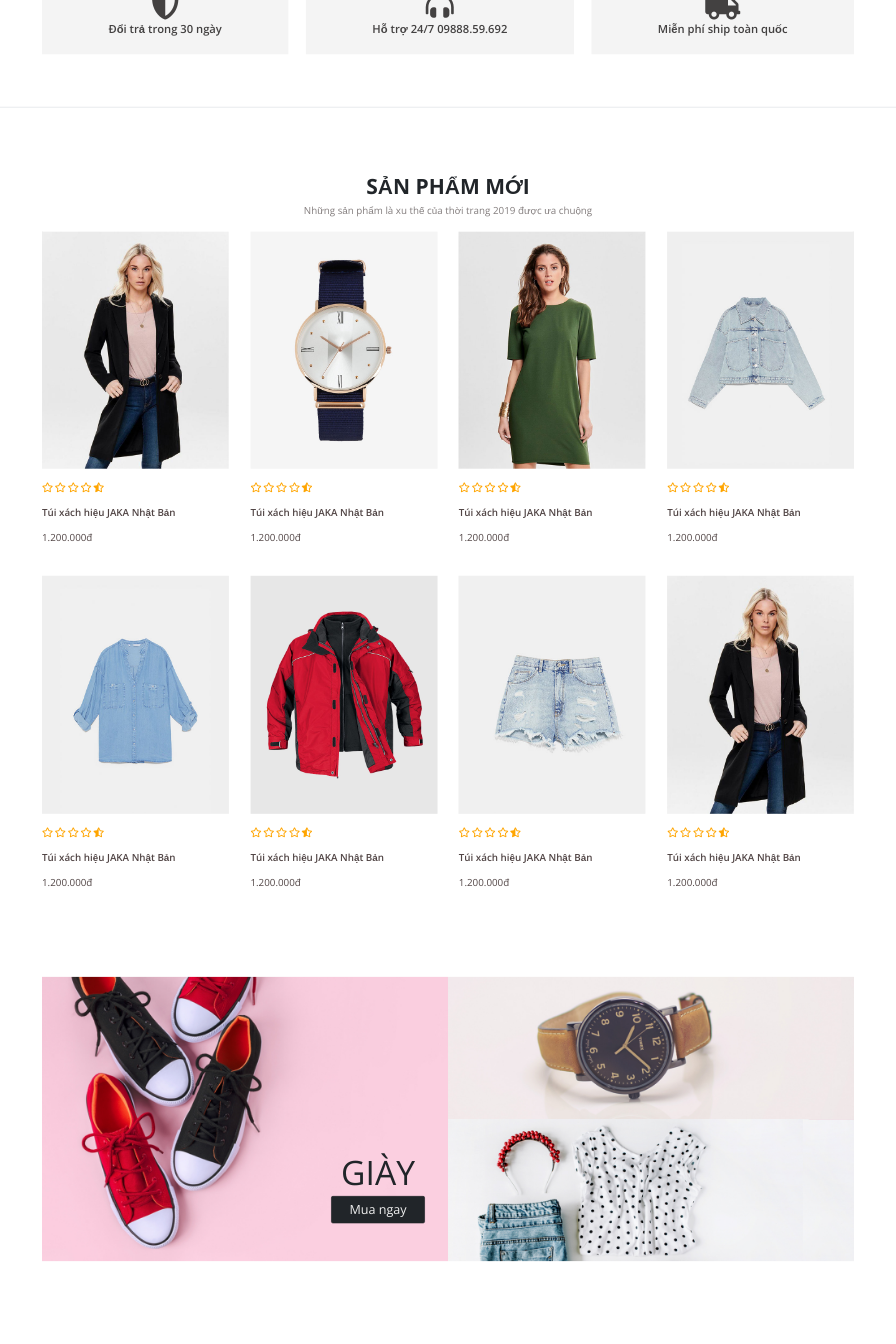
Repository: vinhtk0209/clothes-shop
Page: index.html
The author's editor kept a copy of each file at every save. The page is drawn from the files as they stood at one save, then again after the next save.
The browser window is 1280 px wide. The pictures show the part of the page from y = 792 to 2712 px (the page is 2712 px tall), at 70% of full size.

Above is the page before, as saved 2021-10-05 17:59:48.

After the next save:
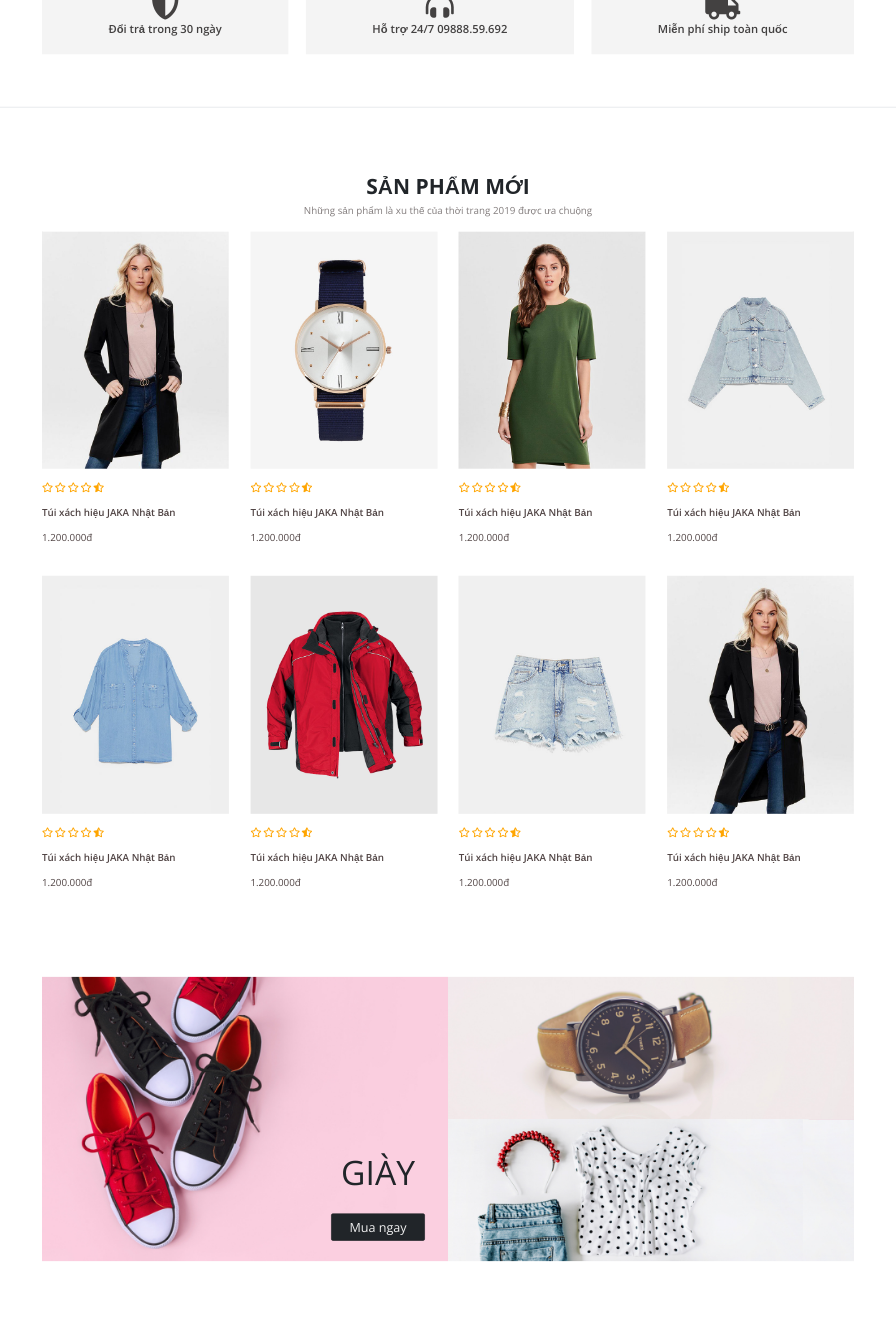
Saved 5 s later.
--- a/index.html
+++ b/index.html
@@ -546,7 +546,7 @@
                   <h4 class="product-name-img fw-regular fs-48">
                     GIÀY
                   </h4>
-                <button type="button" class="btn btn-dark btn-buynow fs-18 text-button fw-regular pd-btn">Mua ngay</button>
+                <button type="button" class="btn btn-dark btn-buynow fs-18 text-button fw-regular pd-btn mt-25">Mua ngay</button>
                 </div>
                    <!-- END CARD INFO -->
               </div>
